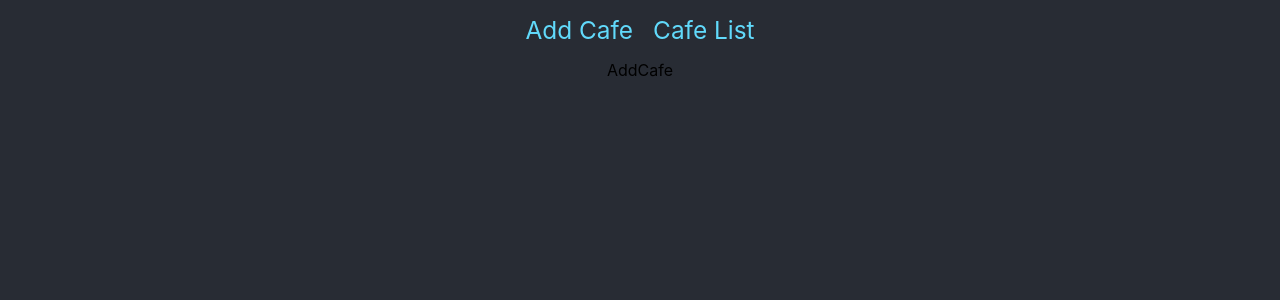
Repository: Surojd/project-cafe
Page: /
An editor plug-in stored every save of this project. The page is shown before and after the next save, followed by the edit.
The browser window is 1280 px wide. The pictures show the whole page.
The page's requests for data from a server got no answer. The project was rebuilt for these pictures with package versions that can differ from the ones it lists, and the page was loaded fresh each time. No one was signed in, and anything a server would have sent is missing. Also part of the build but not shown: src/cafe/CafeList.js.

Above is the page before, as saved 2021-09-01 11:59:24.

### src/index.js
import React from 'react';
import ReactDOM from 'react-dom';
import './index.css';
import App from './App';
import reportWebVitals from './reportWebVitals';

import { BrowserRouter as Router } from 'react-router-dom';
ReactDOM.render(
  <React.StrictMode>
    <Router>
      <App />
    </Router>
  </React.StrictMode>,
  document.getElementById('root')
);

// If you want to start measuring performance in your app, pass a function
// to log results (for example: reportWebVitals(console.log))
// or send to an analytics endpoint. Learn more: https://bit.ly/CRA-vitals
reportWebVitals();

### src/index.css
body {
  background-color: #282c34;
  margin: 0;
  font-family: -apple-system, BlinkMacSystemFont, 'Segoe UI', 'Roboto', 'Oxygen',
    'Ubuntu', 'Cantarell', 'Fira Sans', 'Droid Sans', 'Helvetica Neue',
    sans-serif;
  -webkit-font-smoothing: antialiased;
  -moz-osx-font-smoothing: grayscale;
}

code {
  font-family: source-code-pro, Menlo, Monaco, Consolas, 'Courier New',
    monospace;
}

a{
  text-decoration: none;
}

### src/App.js
import { Link, Redirect, Route, Switch } from 'react-router-dom';
import './App.css';
import { AddCafe, CafeList } from './cafe';

const routes = [
  { path: '/add-cafe', component: AddCafe },
  { path: '/cafes', component: CafeList },
];
function App() {
  return (
    <div className="App">
      <header className="App-header">
        <Link className="App-link" to="/add-cafe">Add Cafe</Link>
        <Link className="App-link" to="/cafes">Cafe List</Link>
      </header>
      <container>
        <Switch>
          <div>
            {
              routes.map(item => {
                return <Route  {...item} />
              })
            }
            <Redirect exact from="/" to="/add-cafe" />
          </div>
        </Switch>
      </container>
    </div>
  );
}

export default App;

### src/App.css
.App {
  text-align: center;
}

.App-logo {
  height: 40vmin;
  pointer-events: none;
}

@media (prefers-reduced-motion: no-preference) {
  .App-logo {
    animation: App-logo-spin infinite 20s linear;
  }
}

.App-header {
  background-color: #282c34;
  min-height: 60px;
  display: flex;
  flex-direction: row;
  align-items: center;
  justify-content: center;
  font-size: calc(10px + 2vmin);
  color: white;
}

.App-link {
  color: #61dafb;
  padding: 10px;
}
container {
  background-color: #282c34;
  width: 100%;
  display: block;
height: calc(100vh-60px);
}
@keyframes App-logo-spin {
  from {
    transform: rotate(0deg);
  }
  to {
    transform: rotate(360deg);
  }
}

### src/cafe/index.js

export { default as AddCafe } from './AddCafe';
export { default as CafeList } from './CafeList';

### src/cafe/AddCafe.js
import React from 'react';
import { collection, addDoc } from "firebase/firestore";
import firestore from './firebase';

import { useFormik } from 'formik';
import * as Yup from 'yup';

export default function AddCafe() {

  const formik = useFormik({
    initialValues: {
      name: '',
      city: '',
      pincode: '',
      drinks: 5
    },
    validationSchema: Yup.object({
      name: Yup.string()
        .max(15, 'Must be 15 characters or less')
        .required('Required'),
      city: Yup.string()
        .max(20, 'Must be 20 characters or less')
        .required('Required'),
      pincode: Yup.string().required('Required'),
      drinks: Yup.string().required('Required'),
    }),
    onSubmit: async (data, { resetForm }) => {
      try {
        const docRef = await addDoc(collection(firestore, "cafes"), data);
        console.log("Document written with ID: ", docRef.id);
        resetForm()
      } catch (e) {
        console.error("Error adding document: ", e);
      }
    },
  });

  return (<>AddCafe</>);
}

### src/cafe/firebase.js
import { initializeApp } from 'firebase/app'
import { getFirestore, doc, initializeFirestore, CACHE_SIZE_UNLIMITED } from 'firebase/firestore'
import { getAnalytics } from "firebase/analytics";


const firebaseApp = initializeApp({
  apiKey: "AIzaSyBF1CMLc0WfG_majkcPFVm9eU-DCqGW9BM",
  authDomain: "project-cafe-d8aca.firebaseapp.com",
  projectId: "project-cafe-d8aca",
  storageBucket: "project-cafe-d8aca.appspot.com",
  messagingSenderId: "531282317018",
  appId: "1:531282317018:web:25d8fc0f088be0c68d5fe3",
  measurementId: "G-GNS7C6HN2Y"
});
const firestore = initializeFirestore(firebaseApp, {
  cacheSizeBytes: CACHE_SIZE_UNLIMITED
});
export default firestore;
const analytics = getAnalytics(firebaseApp);

Loaded but not shown: public/index.html (common file); src/reportWebVitals.js (common file)

After the next save:
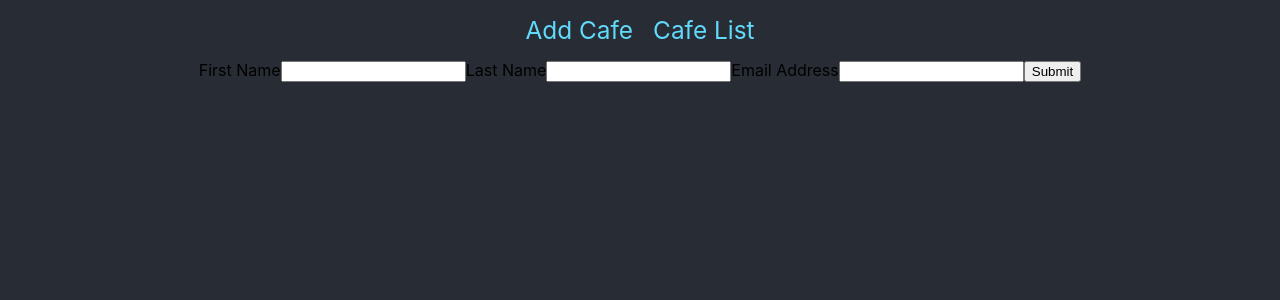
Saved 31 s later.
--- a/src/cafe/AddCafe.js
+++ b/src/cafe/AddCafe.js
@@ -35,5 +35,46 @@ export default function AddCafe() {
     },
   });
 
-  return (<>AddCafe</>);
+  return (<form onSubmit={formik.handleSubmit}>
+    <label htmlFor="firstName">First Name</label>
+    <input
+      id="firstName"
+      name="firstName"
+      type="text"
+      onChange={formik.handleChange}
+      onBlur={formik.handleBlur}
+      value={formik.values.firstName}
+    />
+    {formik.touched.firstName && formik.errors.firstName ? (
+      <div>{formik.errors.firstName}</div>
+    ) : null}
+
+    <label htmlFor="lastName">Last Name</label>
+    <input
+      id="lastName"
+      name="lastName"
+      type="text"
+      onChange={formik.handleChange}
+      onBlur={formik.handleBlur}
+      value={formik.values.lastName}
+    />
+    {formik.touched.lastName && formik.errors.lastName ? (
+      <div>{formik.errors.lastName}</div>
+    ) : null}
+
+    <label htmlFor="email">Email Address</label>
+    <input
+      id="email"
+      name="email"
+      type="email"
+      onChange={formik.handleChange}
+      onBlur={formik.handleBlur}
+      value={formik.values.email}
+    />
+    {formik.touched.email && formik.errors.email ? (
+      <div>{formik.errors.email}</div>
+    ) : null}
+
+    <button type="submit">Submit</button>
+  </form>);
 }
